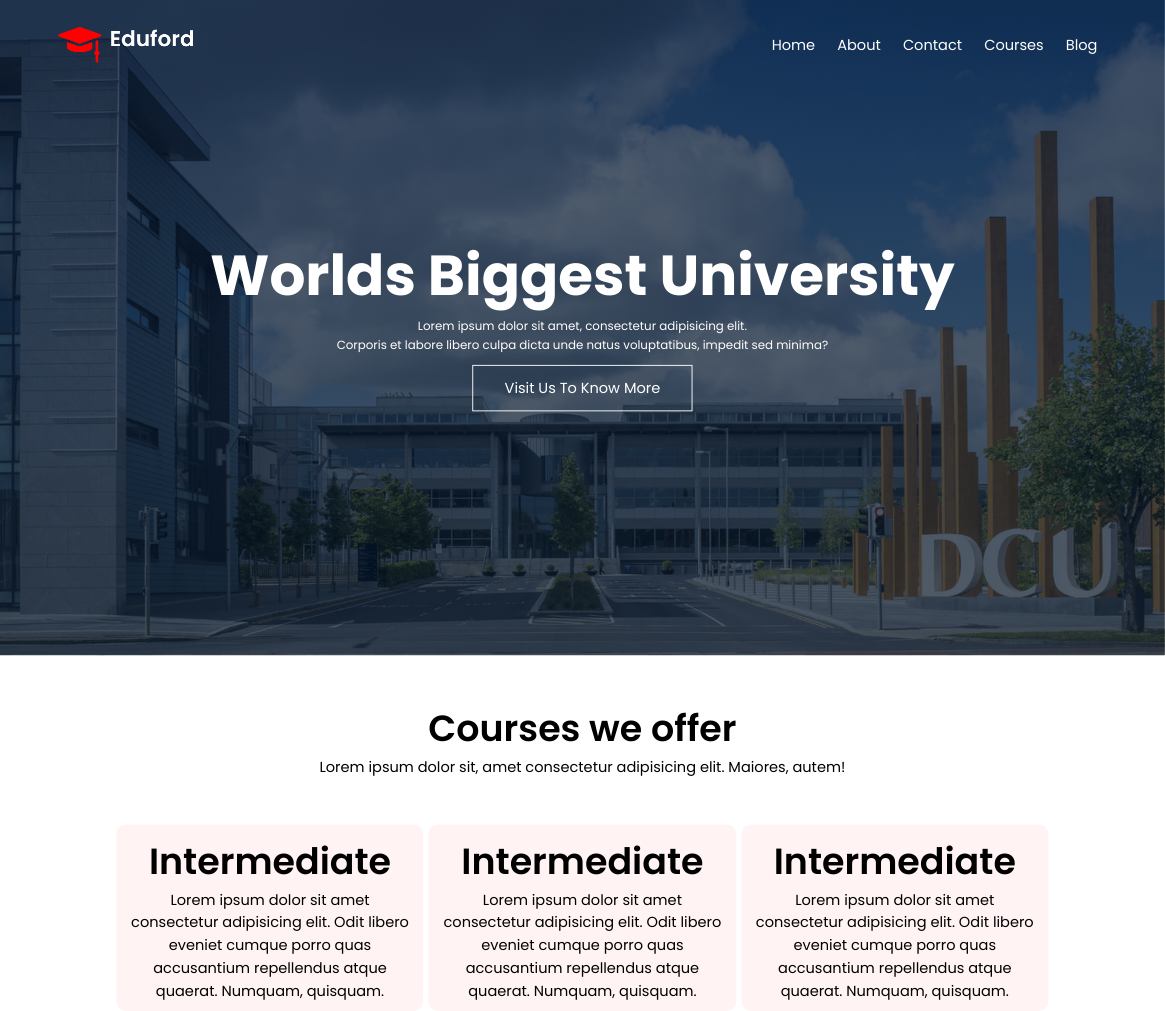
Repository: yashrajverma/Practise
Page: index.html
These files come from the project's save history. The page is drawn as it stood at one moment and after the next save; the edit follows.
The browser window is 1280 px wide. The pictures show the whole page, at 91% of full size.

Above is the page before, as saved 2021-04-27 12:04:49.

After the next save:
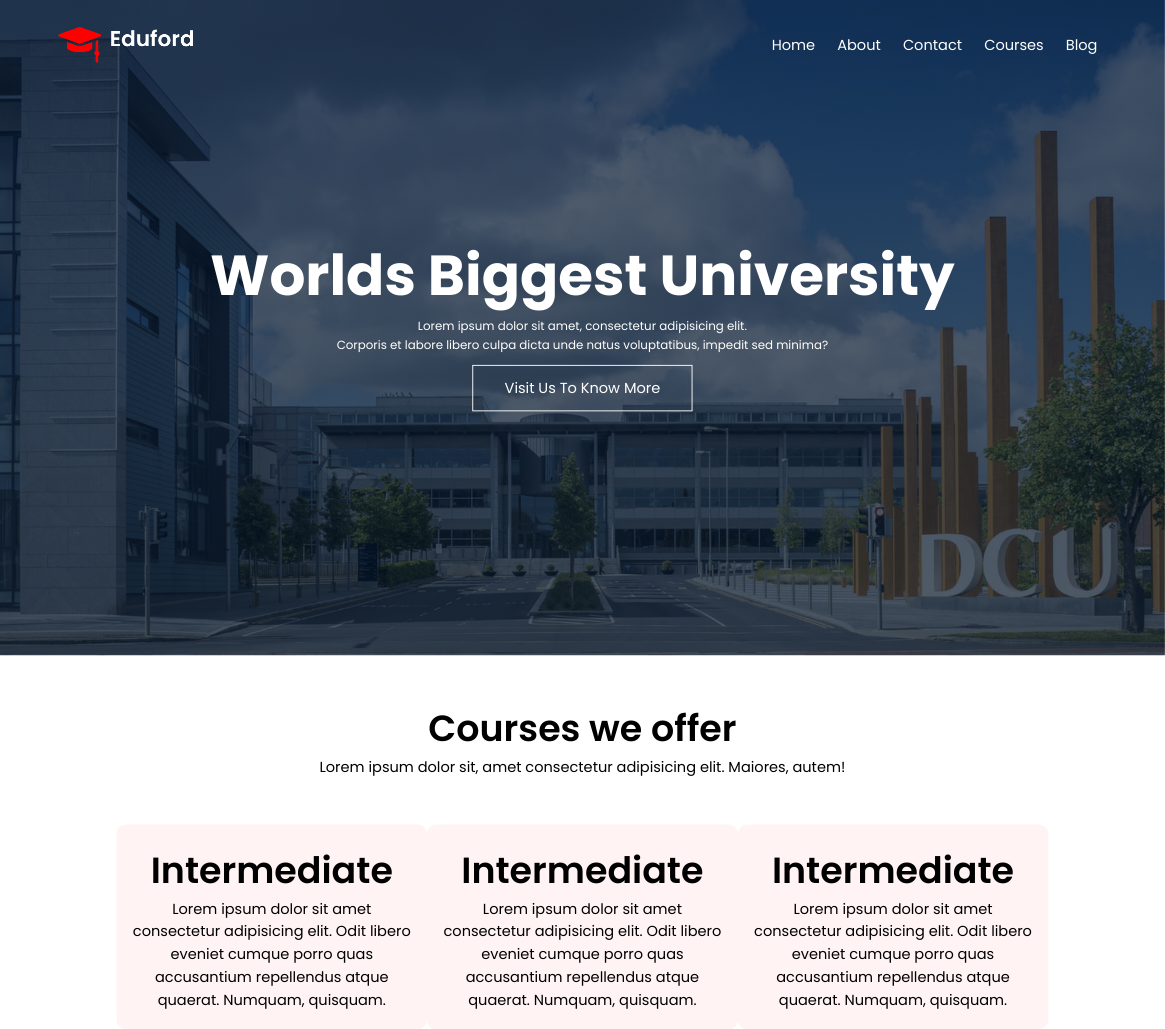
Saved 60 s later.
--- a/style.css
+++ b/style.css
@@ -133,5 +133,5 @@
     flex-basis: 31%;
     background: #fff3f3;
     border-radius: 10px;
-    padding: 10px;
+    padding: 20px 12px;
 }
